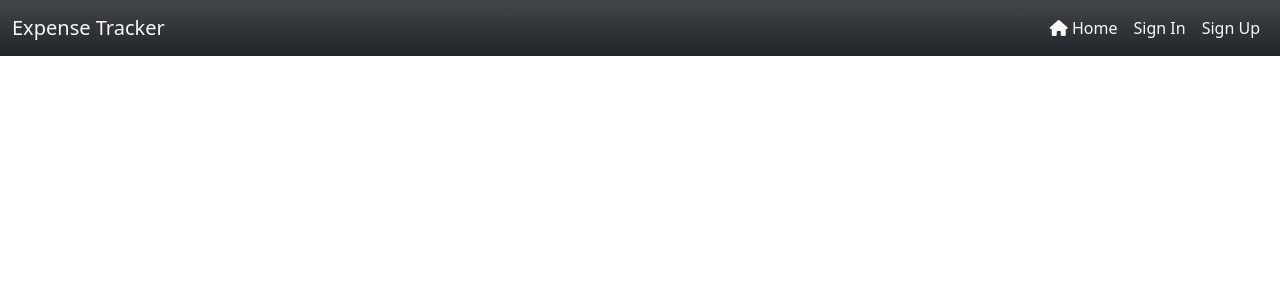
Repository: Gaurav560/OnlineExpenseTracker
Page: http://localhost/Online_Expense_Tracker/
An editor plug-in stored every save of this project. The page is shown before and after the next save, followed by the edit.
The browser window is 1280 px wide. The pictures show the whole page.
The page is served by Tomcat 9.

Above is the page before, as saved 2023-05-03 20:28:35.

After the next save:
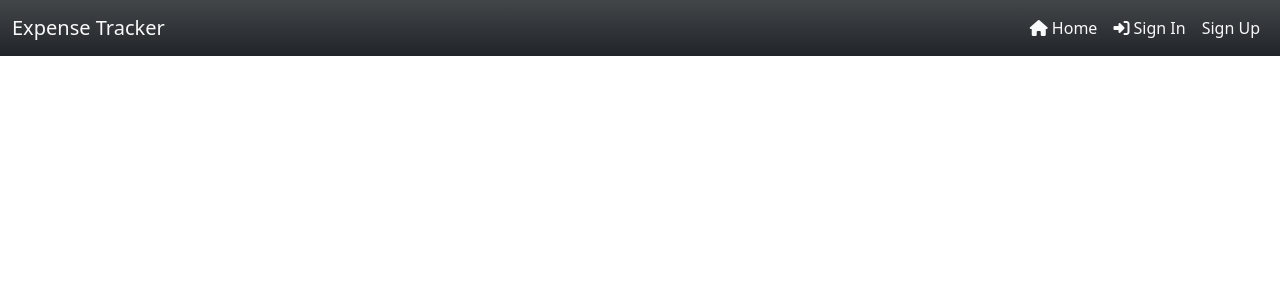
Saved 38 s later.
--- a/Online_Expense_Tracker/src/main/webapp/index.jsp
+++ b/Online_Expense_Tracker/src/main/webapp/index.jsp
@@ -40,7 +40,7 @@
 					<li class="nav-item"><a class="nav-link active text-light"
 						aria-current="page" href="#"><i class="fa-solid fa-house"></i>  Home</a></li>
 					<li class="nav-item"><a class="nav-link active text-light"
-						href="#">Sign In</a></li>
+						href="#"><i class="fa-solid fa-right-to-bracket"></i> Sign In</a></li>
 
 
 					<li class="nav-item "><a class="nav-link active text-light "
